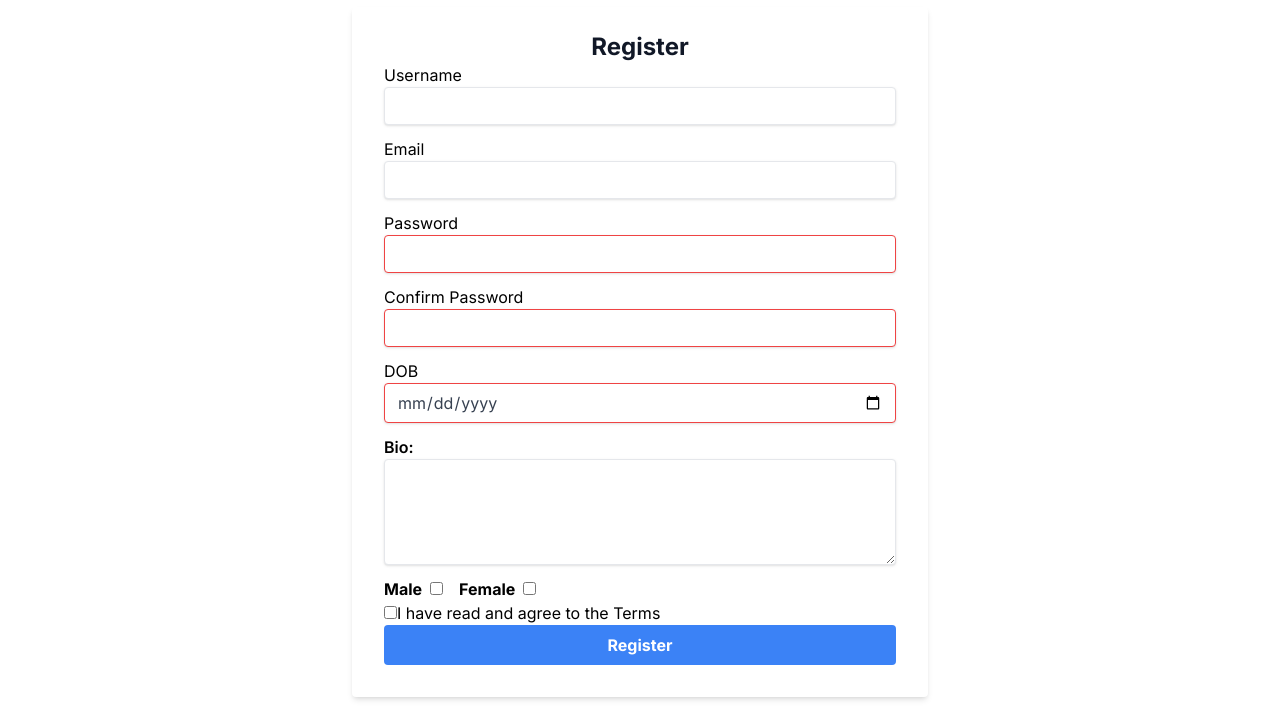
Repository: uh-sman/tiktok-card
Page: /
An editor plug-in stored every save of this project. The page is shown before and after the next save, followed by the edit.
The browser window is 1280 px wide. The pictures show the whole page.
The project was rebuilt for these pictures with package versions that can differ from the ones it lists, and the page was loaded fresh each time. The framework's server and built-in components were replaced by stand-ins that run in the browser. Also part of the build but not shown: next.config.js.

Above is the page before, as saved 2023-12-19 15:16:52.

### app/page.tsx
'use client'
// import Input from "./components/Input";
import { FieldValues, SubmitHandler, useForm } from "react-hook-form";
import AuthForm from "./components/AuthForm";
type FormValues = {
  name: string,
      email: string,
      password: string,
      confirmPassword: string,
      DateOfBirth: string,
      Bio: string,
      gender: string,
      termsAndConditions: string
}

export default function Home() {
  return (
    <div className="flex justify-center items-center h-screen w-full">

      <AuthForm />
    </div>
  )
}

### app/components/AuthForm.tsx
import React from "react";
import { useForm } from "react-hook-form";
// the type of data
type UserSubmitForm = {
    username: string;
    email: string;
    password: string;
    confirmPassword: string;
    acceptTerms: boolean;
    male:boolean;
    female:boolean;
    Bio:string;
    DateOfBirth: number
  };
const AuthForm: React.FC = () => {
    // using the useForm hook from the react-hook-form package
    const {register,handleSubmit, reset, formState} = useForm<UserSubmitForm>()
    // the onSubmit handler
    const onSubmit = (data: UserSubmitForm) => {
        if(data.male && data.female === true) {
            prompt('only one field can be selected')
            reset()
        }
        console.log(data)
    }
    return (
        <div className="w-full max-w-xl">
        <form className="bg-white shadow-md rounded px-8 pt-6 pb-8 mb-4" onSubmit={handleSubmit(onSubmit)}>
        <h2 className="font-bold text-gray-900 text-2xl text-center">Register</h2>
          <div className="flex flex-col">
            <label>Username</label>
            <input
            className="shadow appearance-none border rounded w-full py-2 px-3 text-gray-700 mb-3 leading-tight focus:outline-none focus:shadow-outline"
              type="text"
            //   using the hook to handle form state
            {...register('username')}
            />
            <div className="invalid-feedback">
                </div>
          </div>

          <div className="flex flex-col">
            <label>Email</label>
            <input
            className="shadow appearance-none border rounded w-full py-2 px-3 text-gray-700 mb-3 leading-tight focus:outline-none focus:shadow-outline"
            type="text"
            {...register('email')}
            />
            <div className="invalid-feedback">
                </div>
          </div>

          <div className="flex flex-col">
            <label>Password</label>
            <input
            className="shadow appearance-none border border-red-500 rounded w-full py-2 px-3 text-gray-700 mb-3 leading-tight focus:outline-none focus:shadow-outline"
            type="password"
            {...register('password')}
            />
            <div className="invalid-feedback">
                </div>
          </div>
          <div className="flex flex-col">
            <label>Confirm Password</label>
            <input
            className="shadow appearance-none border border-red-500 rounded w-full py-2 px-3 text-gray-700 mb-3 leading-tight focus:outline-none focus:shadow-outline"
              type="password"
              {...register('confirmPassword')}
            />
            <div className="invalid-feedback">
            </div>
          </div>
          <div className="flex flex-col">
            <label>DOB</label>
            <input
            className="shadow appearance-none border border-red-500 rounded w-full py-2 px-3 text-gray-700 mb-3 leading-tight focus:outline-none focus:shadow-outline"
              type="date"
              {...register('DateOfBirth')}
            />
            <div className="invalid-feedback">
            </div>
          </div>
          <div className="flex flex-col">
            <label className="font-semibold">Bio:</label>
            <textarea
            className="shadow appearance-none border rounded w-full py-8 px-3 text-gray-700 mb-3 leading-tight focus:outline-none focus:shadow-outline"
            {...register('Bio')}
            />
            <div className="invalid-feedback">
            </div>
          </div>

          <div className="">
           <div className="flex items-center gap-4 text-md font-bold">
           <div className="">
                <label className="mr-2" htmlFor="Male">Male</label>
            <input
              type="checkbox"
              {...register('male')}
              />

            </div>
            <div className="">
                <label className="mr-2" htmlFor="Female">Female</label>
            <input
              type="checkbox"
              {...register('female')}
              />
            </div>
           </div>
            <div className="invalid-feedback">
                </div>
          </div>
          <div className="">
            <input
              type="checkbox"
              {...register('acceptTerms')}
              />
            <label htmlFor="acceptTerms" className="form-check-label">
              I have read and agree to the Terms
            </label>
            <div className="invalid-feedback">
                </div>
          </div>

          <div className="flex justify-center w-full gap-20">
            <button type="submit" className="bg-blue-500 w-full hover:bg-blue-700 text-white font-bold py-2 px-4 rounded focus:outline-none focus:shadow-outline">
              Register
            </button>

          </div>
        </form>
      </div>
    )
}

export default AuthForm;

Loaded but not shown: app/layout.tsx (common file); app/globals.css (common file); tailwind.config.ts (common file)

After the next save:
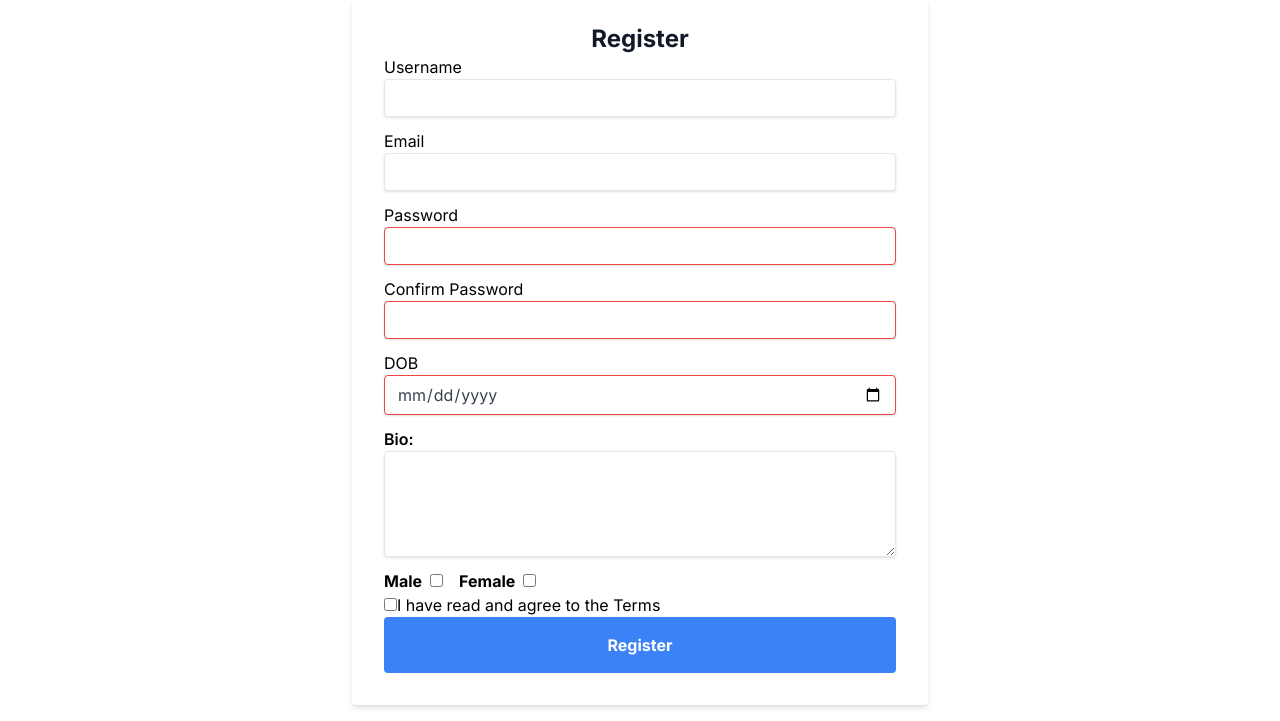
Saved 16 s later.
--- a/app/components/AuthForm.tsx
+++ b/app/components/AuthForm.tsx
@@ -124,7 +124,7 @@ const AuthForm: React.FC = () => {
           </div>
 
           <div className="flex justify-center w-full gap-20">
-            <button type="submit" className="bg-blue-500 w-full hover:bg-blue-700 text-white font-bold py-2 px-4 rounded focus:outline-none focus:shadow-outline">
+            <button type="submit" className="bg-blue-500 w-full hover:bg-blue-700 text-white font-bold py-4 px-4 rounded focus:outline-none focus:shadow-outline">
               Register
             </button>
 
